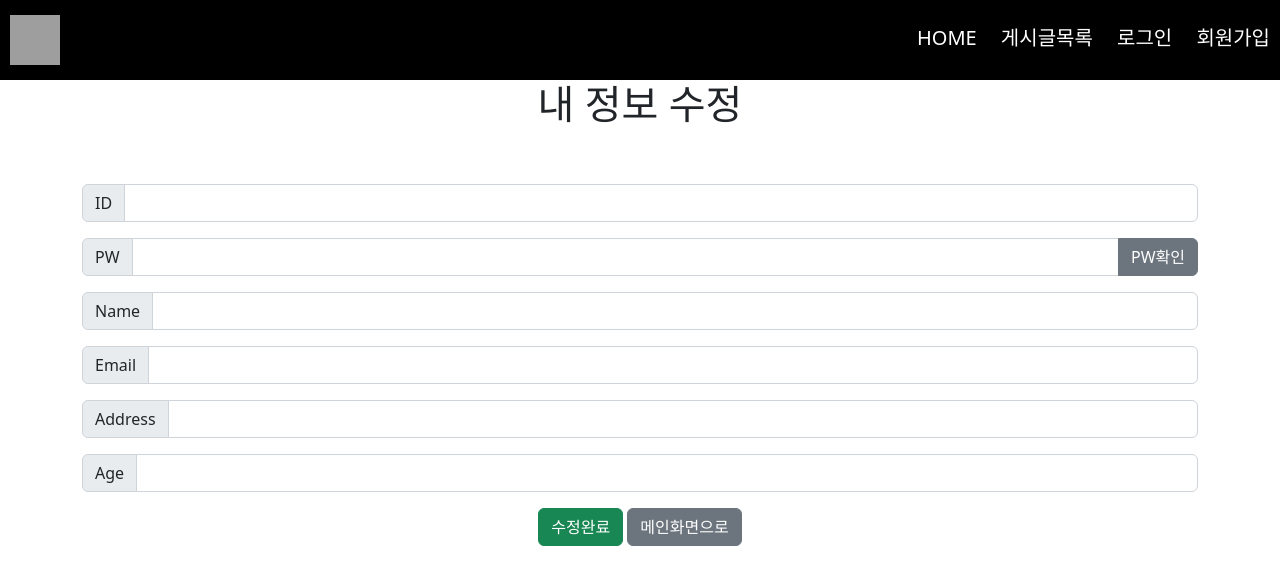
Repository: WoodongMaster/Spring
Page: http://localhost/spring/WEB-INF/views/user/modify.jsp
The author's editor kept a copy of each file at every save. The page is drawn from the files as they stood at one save, then again after the next save.
The browser window is 1280 px wide. The pictures show the whole page.
Pictures or frames that could not be fetched are drawn as grey boxes. The page is served by Tomcat 9. Nobody is signed in. The template is opened directly, without the code that normally fills it, so the values that code supplies are empty.

Above is the page before, as saved 2023-06-20 02:43:06.

After the next save:
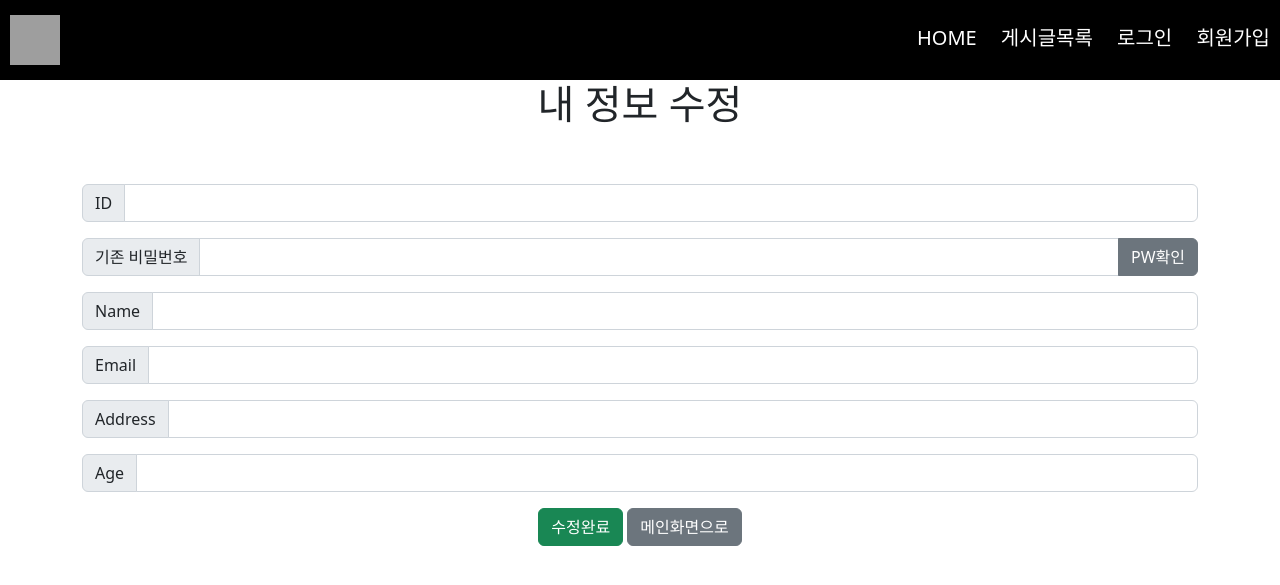
Saved 36 s later.
--- a/_spring_project1/spring/src/main/webapp/WEB-INF/views/user/modify.jsp
+++ b/_spring_project1/spring/src/main/webapp/WEB-INF/views/user/modify.jsp
@@ -18,7 +18,7 @@
   <input type="text" class="form-control" name="id" value="${uvo.id }" readonly="readonly" aria-label="Username" aria-describedby="basic-addon1">
 </div>
 	<div class="input-group mb-3" id="pw_div">
-  <span class="input-group-text" id="basic-addon1">PW</span>
+  <span class="input-group-text" id="basic-addon1">기존 비밀번호</span>
   <input type="password" class="form-control" id="pw" name="pw" aria-label="Username" aria-describedby="basic-addon1">
   <button type="button" id="pw_color" class="btn btn-secondary" onclick="pwcheck()">PW확인</button>
 </div>
